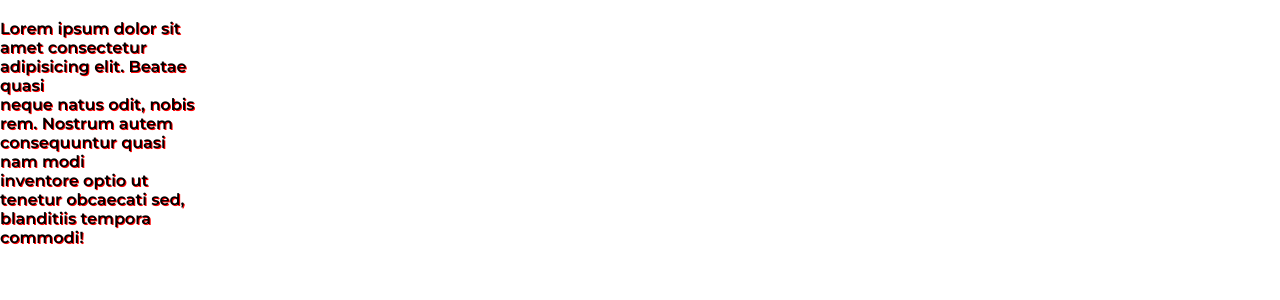
Repository: tranvantai2905/likelion
Page: WEEK-1/BUOI-5/bai_tap_7_tran_van_tai/index.html
The author's editor kept a copy of each file at every save. The page is drawn from the files as they stood at one save, then again after the next save.
The browser window is 1280 px wide. The pictures show the whole page.

Above is the page before, as saved 2024-06-21 10:45:41.

After the next save:
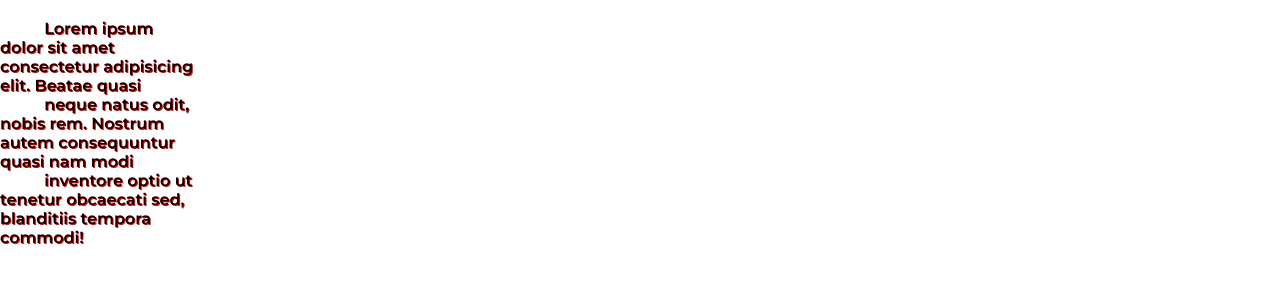
Saved 34 s later.
--- a/WEEK-1/BUOI-5/bai_tap_7_tran_van_tai/style.css
+++ b/WEEK-1/BUOI-5/bai_tap_7_tran_van_tai/style.css
@@ -12,7 +12,7 @@ body {
 
 p{
     width: 200px;
-    white-space: pre-line;
+    white-space: pre-wrap;
     overflow: hidden;
     text-overflow: ellipsis;
     /* -webkit-text-stroke: 1px red; */
